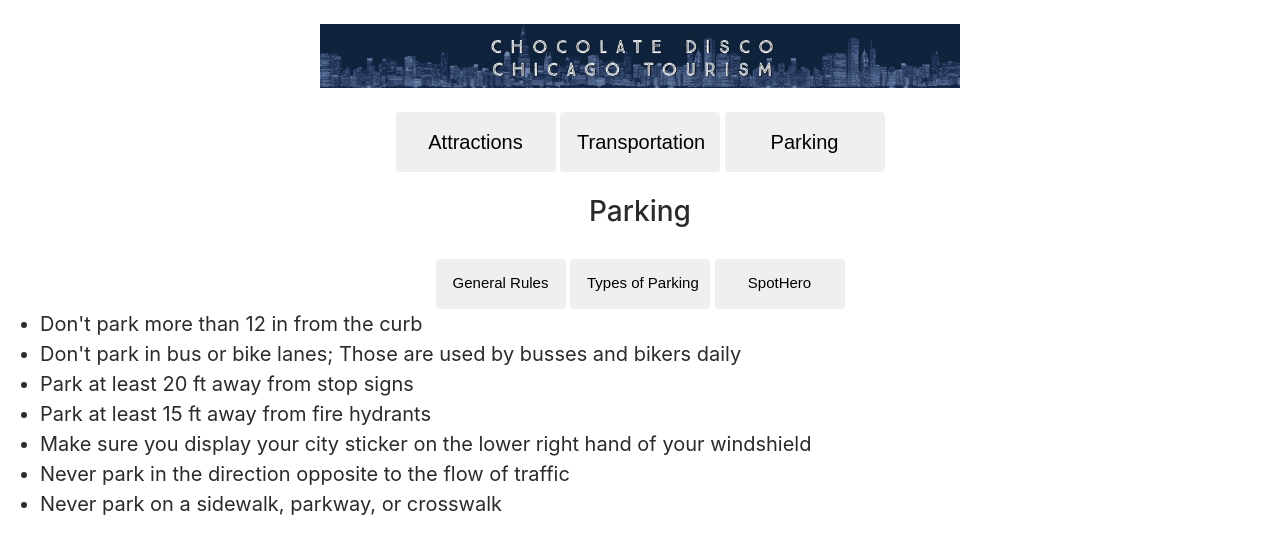
Repository: rkodit2/cs422project
Page: parking.html
An editor plug-in stored every save of this project. The page is shown before and after the next save, followed by the edit.
The browser window is 1280 px wide. The pictures show the whole page.

Above is the page before, as saved 2021-11-03 20:01:01.

### parking.html
<!DOCTYPE html>
<html>
    <head>
        <title>Chocolate Disco Chicago Tourism</title>
        <link rel="stylesheet" href=
        "https://maxcdn.bootstrapcdn.com/bootstrap/4.0.0-alpha.6/css/bootstrap.css">
        <link rel="stylesheet" href="homepage.css">

    </head>
    <body>

        <br>
        <div id="banner">
          <img src="pictures/banner3.jpg" alt="mainpage banner" class = "center" onclick="location.href='homepage.html';">
        </div>

         <br>
        <div class= "button-center">
            <button type ="button" id="Attractions" class="btn" onclick="location.href='attractions.html';" style="width: 160px; height: 60px; font-size: 20px;"> Attractions </button>
            <button type ="button" id="Transportation" class="btn" onclick="location.href='transportation.html';" style="width: 160px; height: 60px; font-size: 20px"> Transportation </button>
            <button type ="button" id="Parking" class="btn" onclick="location.href='parking.html';" style="width: 160px; height: 60px; font-size: 20px;"> Parking </button>
        </div>
        <br>
        <h3 style="text-align: center;"> Parking </h2>
        <br>

        <div class= "button-center">
                <button type ="button" id="Attractions" class="btn" onclick="location.href='#';" style="width: 130px; height: 50px; font-size: 15px;"> General Rules </button>
                <button type ="button" id="Transportation" class="btn" onclick="location.href='#';" style="width: 140px; height: 50px; font-size: 15px"> Types of Parking </button>
                <button type ="button" id="Parking" class="btn" onclick="location.href='#';" style="width: 130px; height: 50px; font-size: 15px;"> SpotHero </button>
            </div>

            <ul style="padding-left: auto;">
                <li>Don't park more than 12 in from the curb</li>

                <li>Don't park in bus or bike lanes; Those are used by busses and bikers daily</li>

                <li>Park at least 20 ft away from stop signs</li>

                <li>Park at least 15 ft away from fire hydrants </li>

                <li>Make sure you display your city sticker on the lower right hand of your windshield</li>

                <li>Never park in the direction opposite to the flow of traffic</li>

                <li>Never park on a sidewalk, parkway, or crosswalk</li>
            </ul>

    </body>
</html>

### homepage.css
.button-center {
    text-align: center;
  }

.viewMore {
    display: flex;
    vertical-align: middle;
}
.center {
  display: block;
  margin-left: auto;
  margin-right: auto;
  width: 50%;
}
.gmap{
  display: flex;
  vertical-align: middle;
}

ul li{
  font-size:20px;
 }

After the next save:
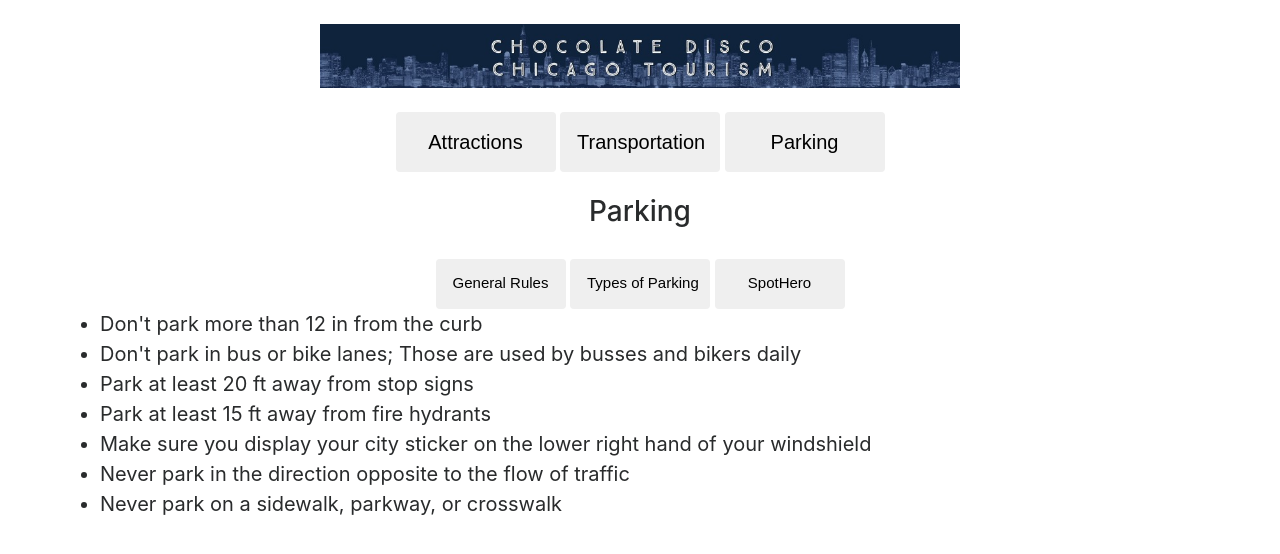
Saved 10 s later.
--- a/parking.html
+++ b/parking.html
@@ -30,7 +30,7 @@
                 <button type ="button" id="Parking" class="btn" onclick="location.href='#';" style="width: 130px; height: 50px; font-size: 15px;"> SpotHero </button>
             </div>
 
-            <ul style="padding-left: auto;">
+            <ul style="padding-left: 100px;">
                 <li>Don't park more than 12 in from the curb</li>
 
                 <li>Don't park in bus or bike lanes; Those are used by busses and bikers daily</li>
